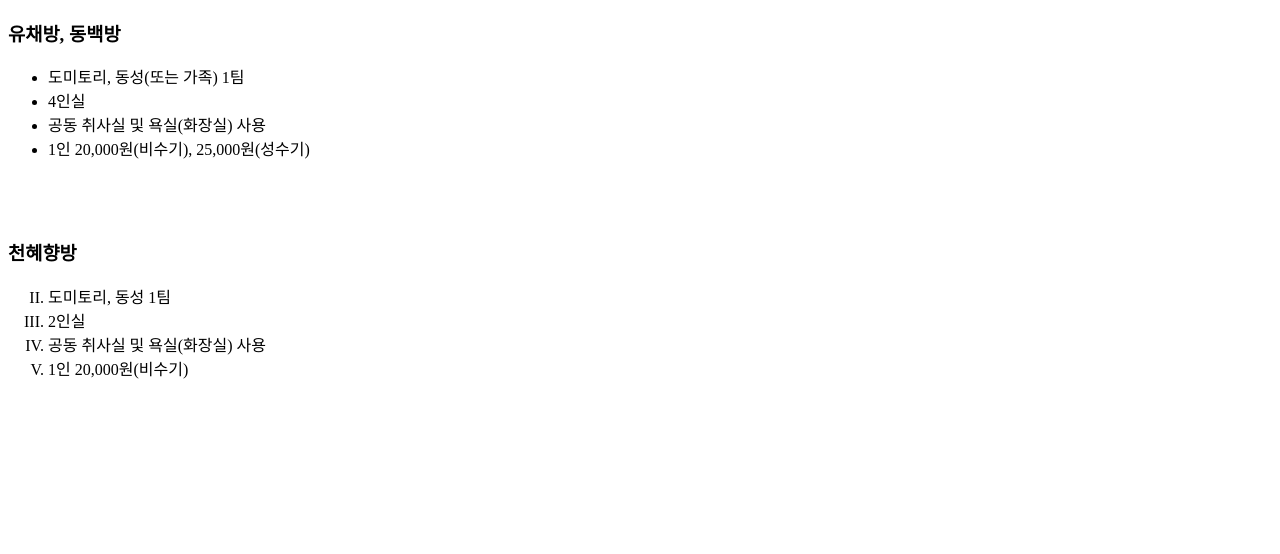
Repository: KimHeonSeung/TJE_HTML
Page: sources/day_01/WebContent/list1.html
These files come from the project's save history. The page is drawn as it stood at one moment and after the next save; the edit follows.
The browser window is 1280 px wide. The pictures show the whole page.

Above is the page before, as saved 2019-05-10 07:07:23.

After the next save:
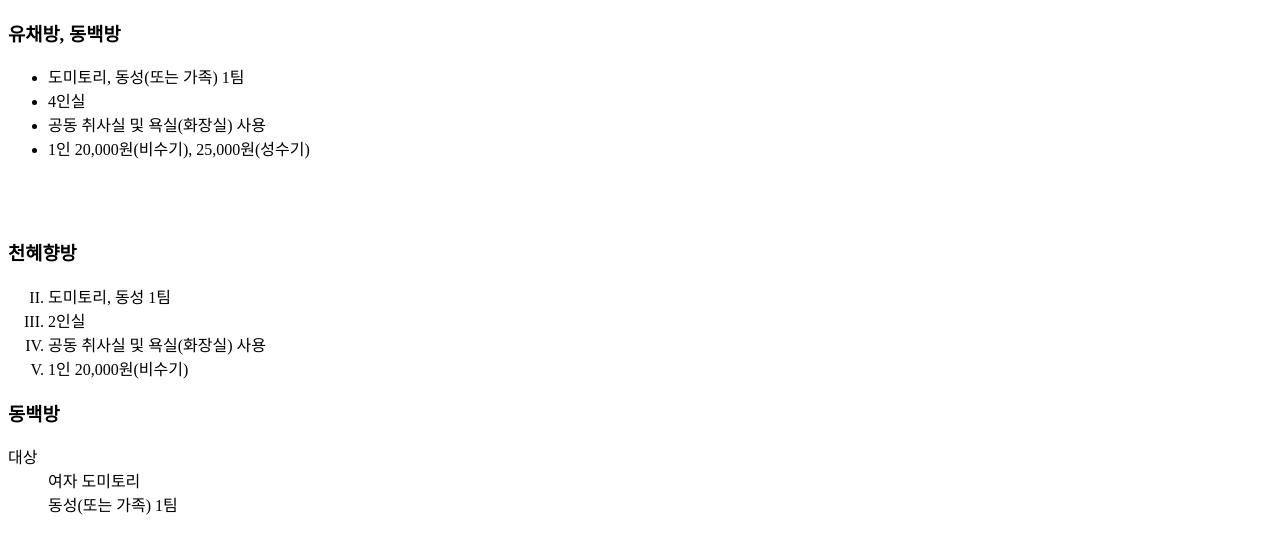
Saved 47 s later.
--- a/sources/day_01/WebContent/list1.html
+++ b/sources/day_01/WebContent/list1.html
@@ -32,5 +32,11 @@
 
 
 <!-- 정의목록. dl이 쓰임. dt와 dd가 함께 쓰인다. -->
+<h3>동백방</h3>
+<dl>
+<dt>대상</dt>
+<dd>여자 도미토리</dd>
+<dd>동성(또는 가족) 1팀</dd>
+</dl>
 </body>
 </html>
